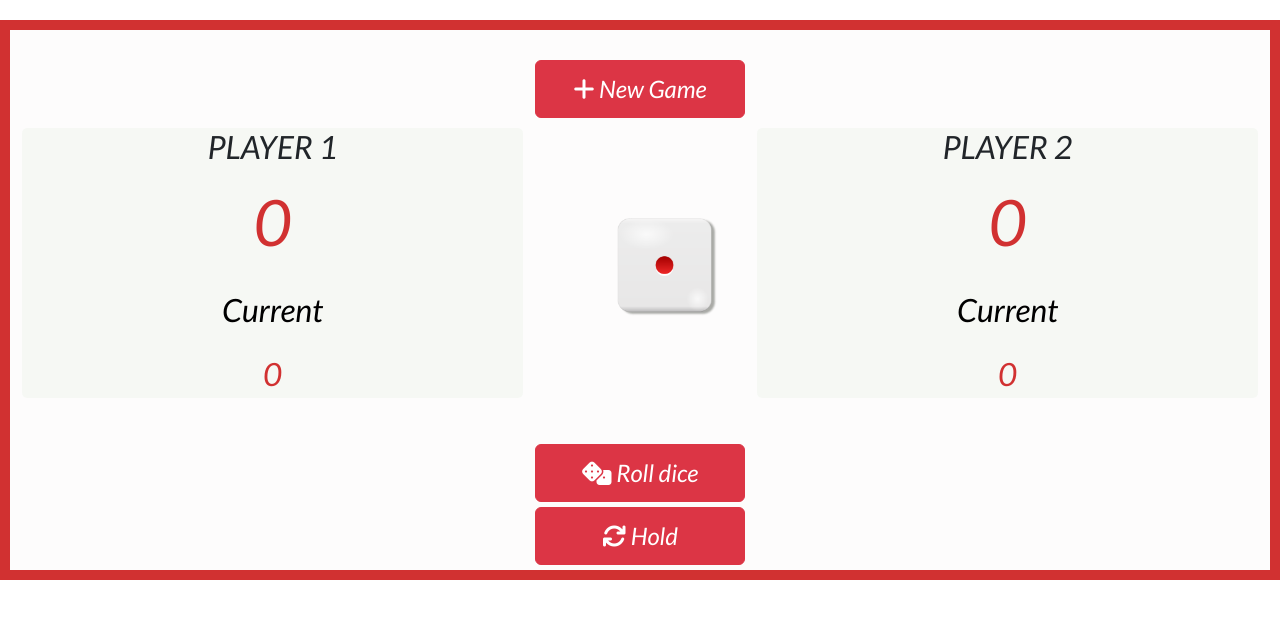
Repository: haifabilel/Eval_JAVASCRIPT
Page: index.html
An editor plug-in stored every save of this project. The page is shown before and after the next save, followed by the edit.
The browser window is 1280 px wide. The pictures show the whole page.
Some web libraries are served in a nearby version.

Above is the page before, as saved 2023-06-05 17:41:31.

### index.html
<!DOCTYPE html>
<html lang="fr">
<head>
    <meta charset="UTF-8">
    <meta http-equiv="X-UA-Compatible" content="IE=edge">
    <meta name="viewport" content="width=device-width, initial-scale=1.0">
    <title>GameEval</title>
    <!-- Bootstrap -->
    <link href="https://cdn.jsdelivr.net/npm/bootstrap@5.3.0-alpha3/dist/css/bootstrap.min.css" rel="stylesheet" integrity="sha384-KK94CHFLLe+nY2dmCWGMq91rCGa5gtU4mk92HdvYe+M/SXH301p5ILy+dN9+nJOZ" crossorigin="anonymous">
    <!-- Bootstrap icons CSS -->
    <link rel="stylesheet" href="https://cdn.jsdelivr.net/npm/bootstrap-icons@1.6.1/font/bootstrap-icons.css">
    <!-- font awesome cdn link-->
    <link rel="stylesheet" href="https://cdnjs.cloudflare.com/ajax/libs/font-awesome/6.3.0/css/all.min.css" integrity="sha512-SzlrxWUlpfuzQ+pcUCosxcglQRNAq/DZjVsC0lE40xsADsfeQoEypE+enwcOiGjk/bSuGGKHEyjSoQ1zVisanQ==" crossorigin="anonymous" referrerpolicy="no-referrer">
    <!-- CSS Link -->
    <link rel="stylesheet" href="style.css">
</head>
<body>
    <div class="container-fluid" >
     <header>
         <button class="btn btn_newGame btn-danger"><i class="fa-solid fa-plus"></i> New Game</button>
    </header>
    <main>
        <div class="row">
            <!-- Player One  -->
            <div class="col-xm-12 col-md-5 mx-auto " >
                <section class="player player_0 player_active">
                    <h2 class="label" id="label_0">PLAYER 1</h2>
                    <p class="score" id="score_0" >0</p>
                    <div class="current">
                        <p class="current_label">Current</p>
                        <p class="current_score" id="current_0">0</p>
                    </div>
                </section>
            </div>
            <!-- Dice image -->
            <div class="col-xm-12 col-md-2 mx-auto">
                <img src="/asset/dice1.png" alt="imageDice" class="dice img-fluid" style="width: 100px;">
            </div>
             <!-- Player Tow  -->
             <div class="col-xm-12 col-md-5 mx-auto ">
                <section class="player player_1">
                    <h2 class="label" id="label_1">PLAYER 2</h2>
                    <p class="score" id="score_1">0</p>
                    <div class="current">
                        <p class="current_label">Current</p>
                        <p class="current_score" id="current_1">0</p>
                    </div>
                </section>
             </div>
        </div>
    </main>
    <!-- Button RollDice -->
    <div class="button_roll">
        <button class="btn btn_roll btn-danger"><i class="fa-solid fa-dice"></i> Roll dice</button>
    </div>
    <div class="button_hold">
        <button class="btn btn_hold btn-danger"><i class="fa-solid fa-arrows-rotate"></i> Hold</button>
    </div>
    </div>


    <script src="https://code.jquery.com/jquery-3.5.1.slim.min.js" integrity="sha384-DfXdz2htPH0lsSSs5nCTpuj/zy4C+OGpamoFVy38MVBnE+IbbVYUew+OrCXaRkfj" crossorigin="anonymous"></script>
    <script src="https://cdn.jsdelivr.net/npm/popper.js@1.16.0/dist/umd/popper.min.js" integrity="sha384-Q6E9RHvbIyZFJoft+2mJbHaEWldlvI9IOYy5n3zV9zzTtmI3UksdQRVvoxMfooAo" crossorigin="anonymous"></script>
    <script src="https://cdn.jsdelivr.net/npm/bootstrap@5.3.0-alpha3/dist/js/bootstrap.bundle.min.js" integrity="sha384-ENjdO4Dr2bkBIFxQpeoTz1HIcje39Wm4jDKdf19U8gI4ddQ3GYNS7NTKfAdVQSZe" crossorigin="anonymous"></script>
    <script src="script.js"></script>
</body>
</html>

### style.css
@import url('https://fonts.googleapis.com/css2?family=Lato:ital,wght@1,300;1,400;1,700&display=swap');
*{
    font-family: Lato;
}
.container-fluid{
    box-shadow:0.5rem 1 rem rgba(0,0,0,.5);
    background-color: #fdfcfc;
    width:100%;
    height: 100%;
    border: 10px solid  #d13131;
    margin-top:20px;
}
.row{
    margin-top:80px;
}
/* Playerss */
.player_0 , .player_1{
    background-color:#f1f7f097;
    text-align:center;
    border-radius:5px;
    margin-top:-70px;

}
/* Current */
.current{

    width:30%;
    font-size:1.5rem;
    border-radius:5%;
    text-align:center;
    margin-left :35%;
    color:black;
    font-size:2rem;
}
/* Scors */
.score{
    color:#d13131;
    font-size:4rem;
}
.current_score{
    color:#d13131;
    font-size:2rem;
}
/* Buttons */
.btn_roll{
    margin-left:41.5%;
    margin-top:30px;
    width:17%;
    font-size:1.5rem;
    padding:10px;

}
.btn_hold{
    padding:10px;
    margin-left:41.5%;
    margin-top:5px;
    margin-bottom:5px;
    width:17%;
    font-size:1.5rem;
}
.btn_newGame{
    margin-top:30px;
    padding: 10px;
    margin-left:41.5%;
    width:17%;
    font-size:1.5rem;
}
.btn_hold:hover{
    transform:scale(1.1);
    background-color:darkred;
}
.btn_roll:hover{
    transform:scale(1.1);
    background-color:darkred;
}
.btn_newGame:hover{
    transform:scale(1.1);
    background-color:darkred;
}

/* Image Dice */
img{
    margin:20px 70px;
}
.hidden{
    display:none;
}
.player_winn{
    background:url(/asset/golden-winners-cup_1284-18399.avif);
    background-size: cover;
    background-position:center;


}
.player_winn1{
    background-color:rgba(228, 129, 129, 0.384);
}
/* Mode mobile */
@media screen and (max-width:576px){
    h2{
        font-size:2rem;
    }
    .player_1{
        margin-top:10px;
    }
    .score{
        color:#d13131;
        font-size:2rem;
        margin-top:-10px;
    }
    .current_score{
        margin-top:-10px;
        font-size:1.5rem;
    }
    img{
        width:20px;
        margin-left:37%;
        margin-top:0;
    }
    .btn_roll, .btn_hold, .btn_newGame{
        width:60%;
        padding:5px;
        margin-left:20%;
        margin-top: 5px;
    }
    .current{
        font-size:1.5rem;
        margin-top:-20px;
    }



}

### script.js
//Players
const playerOne = document.getElementById('player_0');
const playerTow = document.getElementById('player_1');
//Score
const score0 = document.getElementById('score_0');
const score1 = document.getElementById('score_1');
//Dice
const dice = document.querySelector('.dice');
//buttons
const buttonRoll = document.querySelector('.btn_roll');
const buttonHold = document.querySelector('.btn_hold');
const buttonNewGame = document.querySelector('.btn_newGame');
//Current
const current0 = document.getElementById('current_0');
const current1 = document.getElementById('current_1');

score0.textContent = 0 ;
score1.textContent = 0 ;
// dice.classList.add("hidden");

let scores = [0 , 0]
let activePlayer = 0 ;
let currentScore = 0 ;

const switchPlayer = function(){
    document.getElementById(`current_${activePlayer}`).textContent = 0;
    document.querySelector(`.player_${activePlayer}`).classList.remove('player_winn1');
    activePlayer = activePlayer === 0 ? 1 : 0;
    currentScore = 0;
    playerOne.classList.toggle("player_active");
    playerTow.classList.toggle("player_active");




}
//buttonRoll
buttonRoll.addEventListener("click", function() {
    dice.classList.remove("hidden");



    //Generate number 1 to 6
    const diceRandom = Math.floor(Math.random() * 6) + 1;
    dice.src =`/asset/dice${diceRandom}.png`

//   Sound game
const audio = new Audio('/asset/programmation-web_de-2_asset_son.mp3');

const lanseSon = function() {
    audio.play()
}
audio.addEventListener('canplaythrough', lanseSon);

//Rolled
if(diceRandom !==1){
    currentScore += diceRandom;
    document.getElementById(`current_${activePlayer}`).textContent = currentScore;
    document.querySelector(`.player_${activePlayer}`).classList.add('player_winn1');

}else{
    //Switch Player
    switchPlayer();
}
});
//ButtonHold
buttonHold.addEventListener('click',function(){
    scores[activePlayer] += currentScore;
    document.querySelector(`.player_${activePlayer}`).classList.remove('player_winn1');
    document.getElementById(`score_${activePlayer}`).textContent = scores[activePlayer];



    if(scores[activePlayer] >=100){
        document.querySelector(`.player_${activePlayer}`).classList.add('player_winn');
        const audio = new Audio('/asset/tadaa-47995.mp3');

        const lanseSon1 = function() {
            audio.play()
        }
        audio.addEventListener('canplaythrough', lanseSon1);


    }else{
        switchPlayer();
    }
});
//  Button NewGame
buttonNewGame.addEventListener ('click',function(){
    document.location.reload()
 })

After the next save:
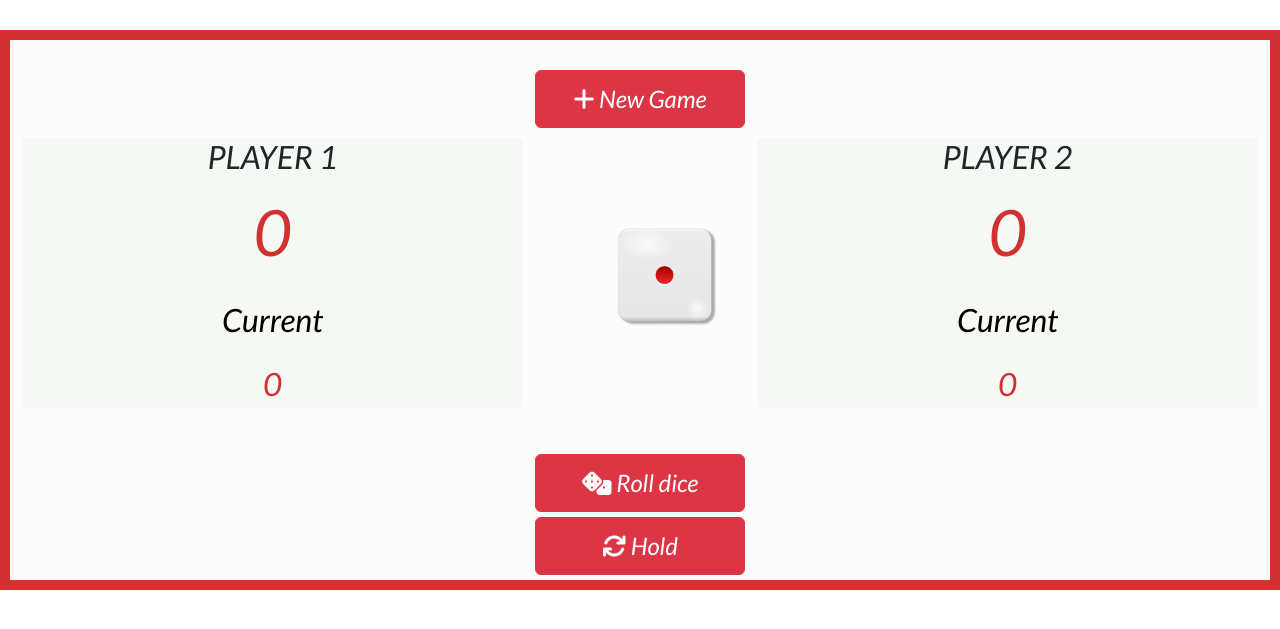
Saved 5 s later.
--- a/style.css
+++ b/style.css
@@ -8,7 +8,7 @@
     width:100%;
     height: 100%;
     border: 10px solid  #d13131;
-    margin-top:20px;
+    margin-top:30px;
 }
 .row{
     margin-top:80px;

After the save that followed:
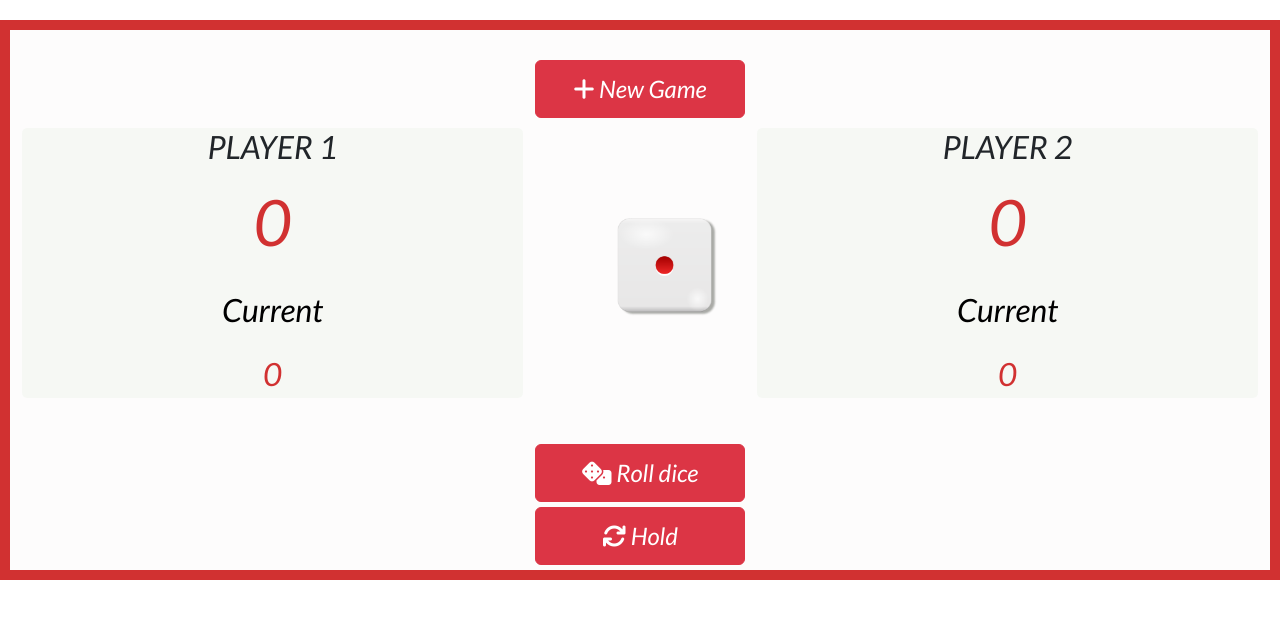
Saved 54 s later.
--- a/style.css
+++ b/style.css
@@ -8,7 +8,7 @@
     width:100%;
     height: 100%;
     border: 10px solid  #d13131;
-    margin-top:30px;
+    margin-top:20px;
 }
 .row{
     margin-top:80px;
